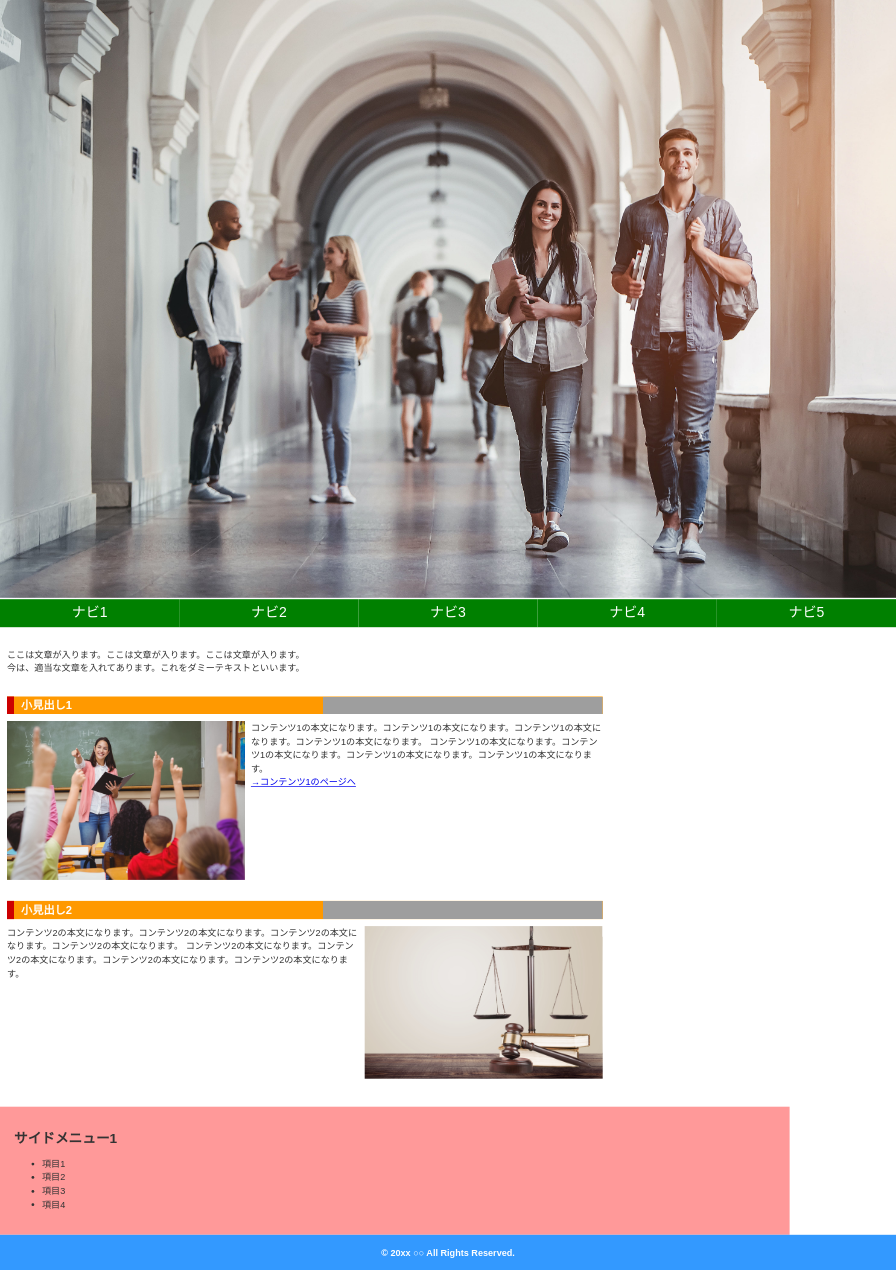
Repository: masa-b24/samurai_HTML-CSS
Page: home.html
The author's editor kept a record of every edit. The page is drawn from the files as they stood at one moment, then again after the next edit.
The browser window is 1280 px wide. The pictures show the whole page, at 70% of full size.
Pictures or frames that could not be fetched are drawn as grey boxes.

Above is the page before.

After the next edit:
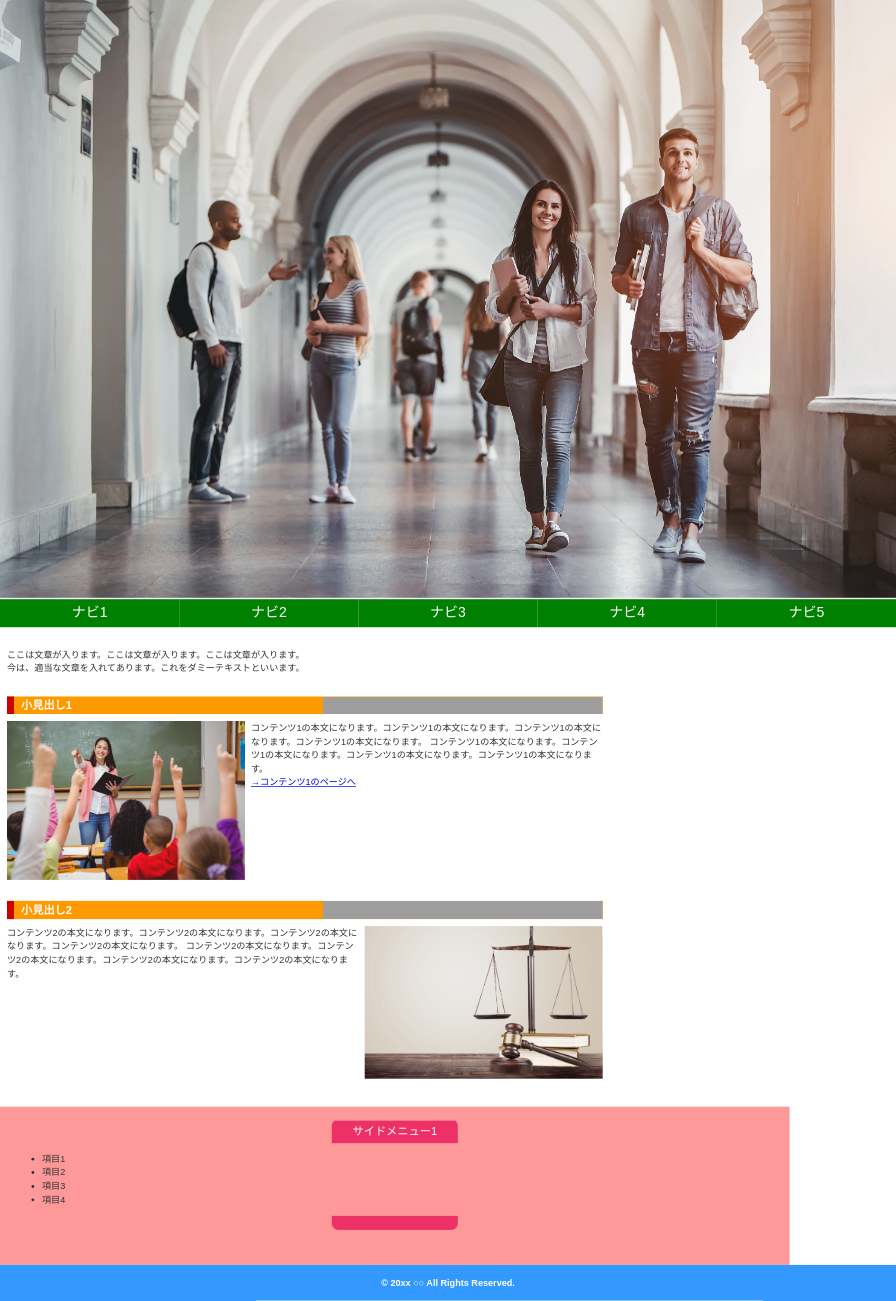
The edit:
--- a/home.html
+++ b/home.html
@@ -45,7 +45,7 @@
               </div>
             </div>
               <div id="side">
-                <div class0="box">
+                <div class="box">
                   <h2>サイドメニュー1</h2>
                   <div class="boxbody">
                     <ul>
